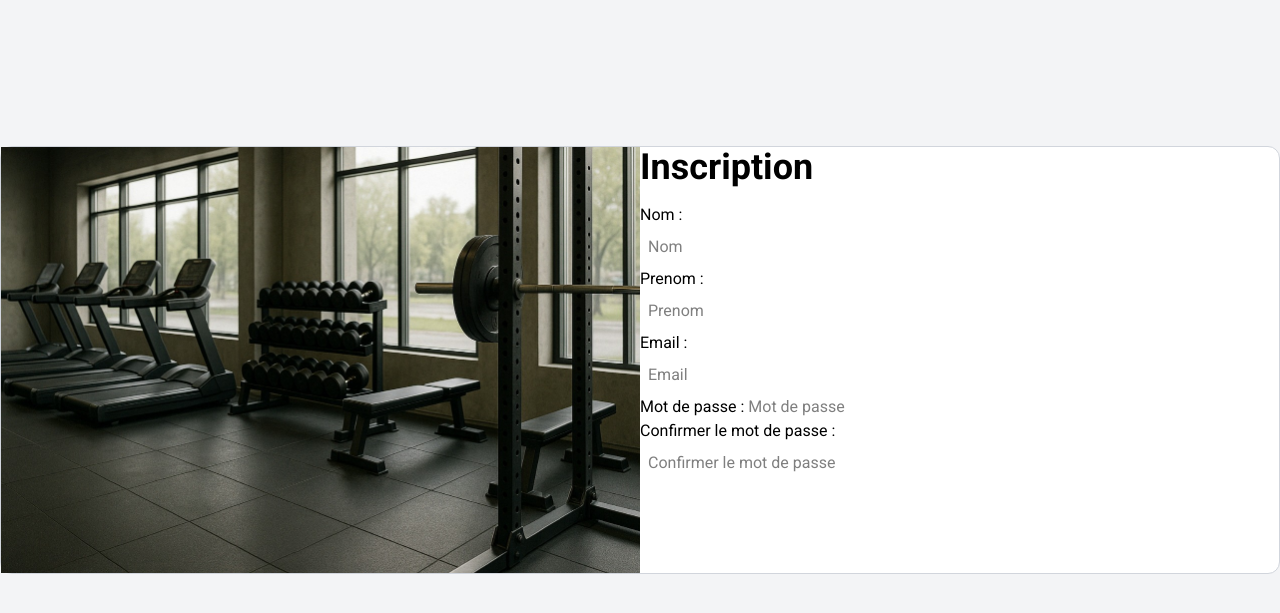
Repository: fahchouchsm/clubSportifWeb
Page: src/pages/inscription.html
An editor plug-in stored every save of this project. The page is shown before and after the next save, followed by the edit.
The browser window is 1280 px wide. The pictures show the whole page.

Above is the page before, as saved 2025-04-16 19:47:56.

### src/pages/inscription.html
<!doctype html>
<html lang="en">
  <head>
    <meta charset="UTF-8" />
    <meta name="viewport" content="width=device-width, initial-scale=1.0" />
    <link href="../css/output.css" rel="stylesheet" />
    <link rel="stylesheet" href="../css/main.css" />
    <link rel="stylesheet" href="../css/style.css" />
    <title>Document</title>
  </head>
  <body>
    <div
      class="flex h-screen w-screen items-center justify-center bg-gray-100 px-10"
    >
      <main
        class="mx-auto flex rounded-xl border border-gray-300 bg-white shadow-lg shadow-gray-400"
      >
        <img
          src="../../public/imgs/salleInterieur.jpeg"
          class="h-full w-1/2 rounded-s-lg object-cover"
          alt=""
        />
        <form
          action="../php/inscription.php"
          method="post"
          class="flex w-1/2 flex-col gap-4 p-6"
        >
          <h1 class="text-4xl font-bold">Inscription</h1>
          <!-- inputs -->
          <div class="grid w-full grid-cols-2 gap-4">
            <!-- Nom -->
            <div class="">
              <label for="nom"> Nom : </label>
              <input
                class="input-style"
                type="text"
                name="nom"
                id="nom"
                placeholder="Nom"
                pattern="[a-zA-Z ]{3,30}"
                required
              />
            </div>
            <!-- Prenom -->
            <div class="">
              <label for="prenom">Prenom :</label
              ><input
                type="text"
                class="input-style"
                name="prenom"
                placeholder="Prenom"
                pattern="[a-zA-Z ]{3,30}"
                id="prenom"
                required
              />
            </div>
            <!-- Email -->
            <div class="col-span-2">
              <label for="email">Email :</label
              ><input
                type="text"
                class="input-style"
                name="email"
                placeholder="Email"
                pattern="[a-zA-Z0-9._%+-]+@[a-zA-Z0-9.-]+\.[a-zA-Z]{2,}"
                id="email"
                required
              />
            </div>
            <!-- pass -->
            <div class="">
              <label for="pass">Mot de passe : </label>
              <input
                class="input-style"
                type="password"
                name="motdepasse"
                id="pass"
                placeholder="Mot de passe"
                pattern="[a-zA-Z ]{3,30}"
                required
              />
            </div>
            <!-- confPass -->
            <div class="">
              <label for="confPass">Confirmer le mot de passe :</label
              ><input
                type="text"
                class="input-style"
                placeholder="Confirmer le mot de passe"
                pattern="[a-zA-Z ]{3,30}"
                id="confPass"
                required
              />
            </div>
          </div>
          <button type="submit" class="ml-auto bg-gray-500 text-white">
            S'inscrire
          </button>
        </form>
      </main>
    </div>
    <script src="../js/style.js"></script>
  </body>
</html>

### src/css/main.css
@import url("https://fonts.googleapis.com/css2?family=Roboto:wght@400;700&display=swap");

body {
  font-family: "Roboto", sans-serif;
}

### src/css/style.css
/* styles.css */
.input-style {
  @apply block w-full rounded-lg border-2 border-gray-300 p-2 focus:border-blue-500 focus:outline-none;
}

Loaded but not shown: src/js/style.js (39 lines, source omitted); src/css/output.css (1058 lines, source omitted)

After the next save:
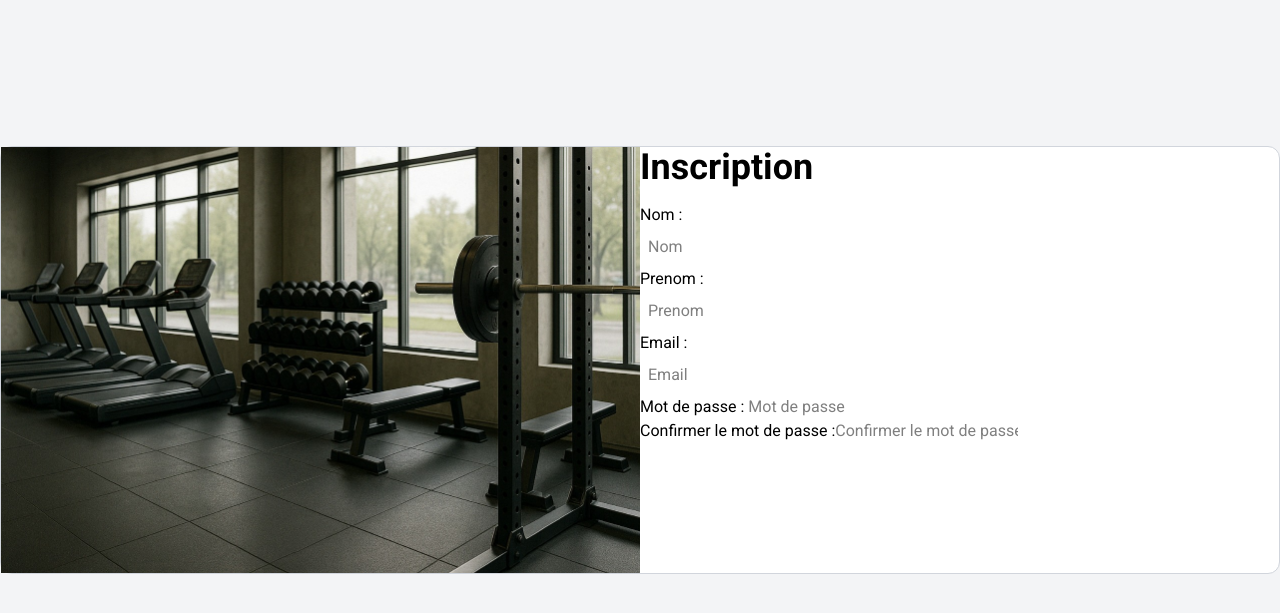
Saved 2 min 12 s later.
--- a/src/pages/inscription.html
+++ b/src/pages/inscription.html
@@ -84,7 +84,7 @@
             <div class="">
               <label for="confPass">Confirmer le mot de passe :</label
               ><input
-                type="text"
+                type="password"
                 class="input-style"
                 placeholder="Confirmer le mot de passe"
                 pattern="[a-zA-Z ]{3,30}"
